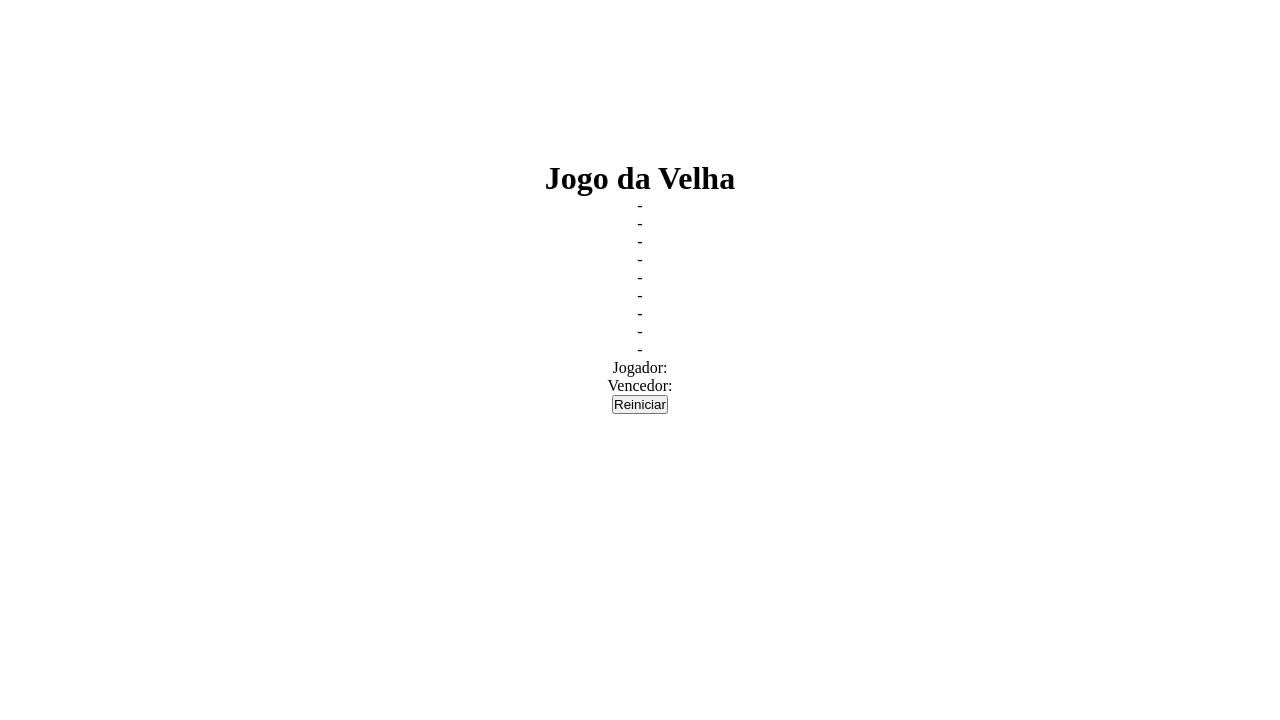
Repository: guilhermecardoso93/jogodavelha
Page: index.html
An editor plug-in stored every save of this project. The page is shown before and after the next save, followed by the edit.
The browser window is 1280 px wide. The pictures show the whole page.

Above is the page before, as saved 2023-05-31 21:31:52.

After the next save:
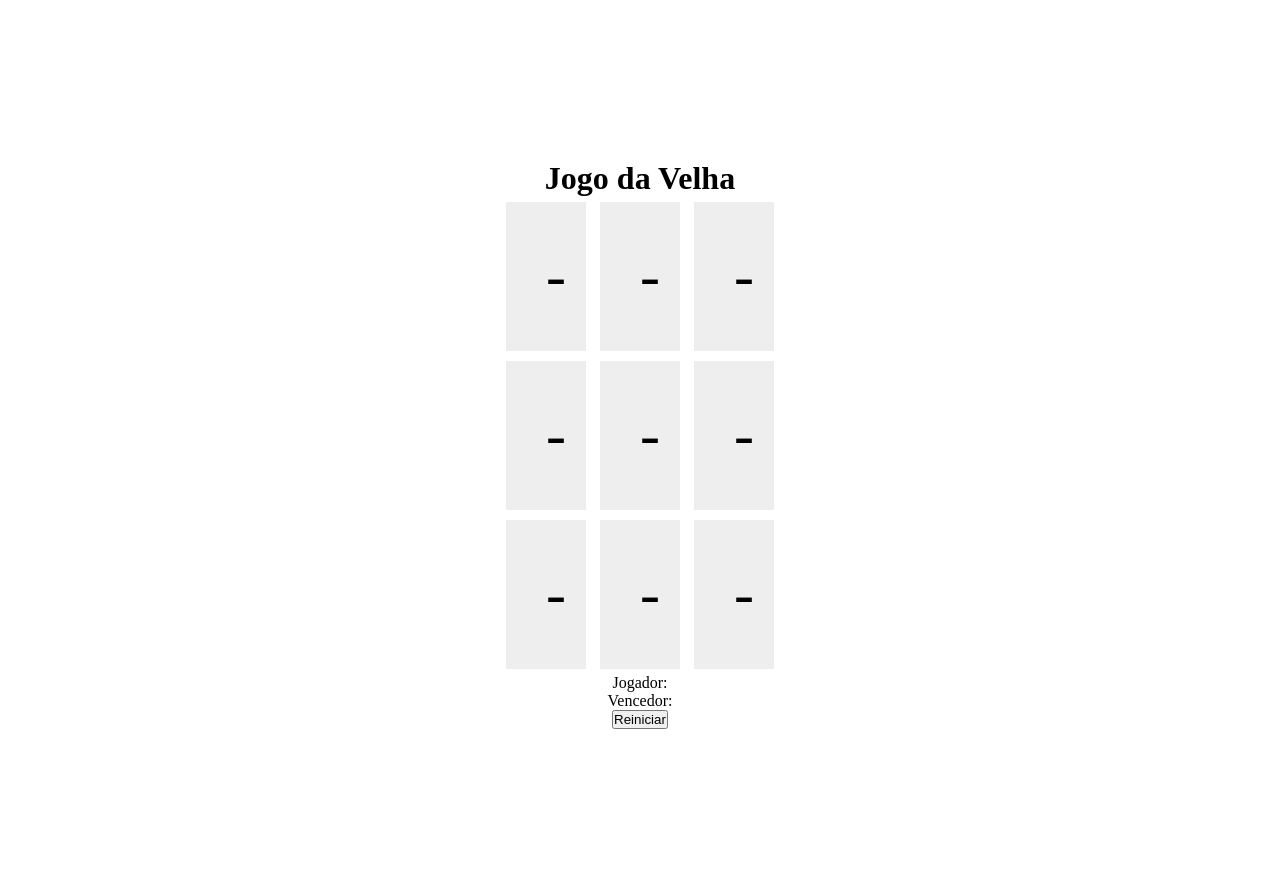
Saved 49 s later.
--- a/index.html
+++ b/index.html
@@ -11,19 +11,19 @@
     <main>
       <h1>Jogo da Velha</h1>
       <div>
-        <div id="1">-</div>
-        <div id="2">-</div>
-        <div id="3">-</div>
+        <div id="1" class="squad">-</div>
+        <div id="2" class="squad">-</div>
+        <div id="3" class="squad">-</div>
       </div>
       <div>
-        <div id="4">-</div>
-        <div id="5">-</div>
-        <div id="6">-</div>
+        <div id="4" class="squad">-</div>
+        <div id="5" class="squad">-</div>
+        <div id="6" class="squad">-</div>
       </div>
       <div>
-        <div id="7">-</div>
-        <div id="8">-</div>
-        <div id="9">-</div>
+        <div id="7" class="squad">-</div>
+        <div id="8" class="squad">-</div>
+        <div id="9" class="squad">-</div>
       </div>
       <div>
         <label>Jogador:</label>
